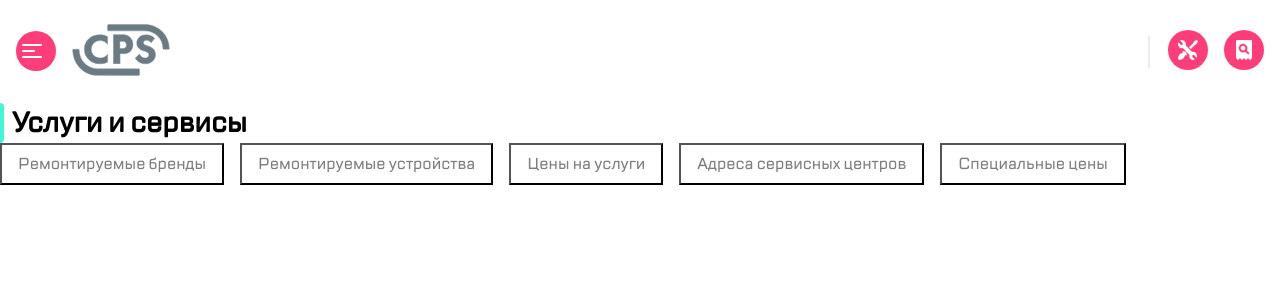
Repository: sem1103/bem
Page: index.html
The author's editor kept a copy of each file at every save. The page is drawn from the files as they stood at one save, then again after the next save.
The browser window is 1280 px wide. The pictures show the whole page.

Above is the page before, as saved 2023-12-27 11:08:52.

### index.html
<!DOCTYPE html>
<html lang="en">
<head>
    <meta charset="UTF-8">
    <meta name="viewport" content="width=device-width, initial-scale=1.0">
    <title>CPS</title>
    <link rel="stylesheet" href="styles/reset.css">
    <link rel="stylesheet" href="styles/main.css">
</head>
<body>
    <div id="page">
        <header>
            <nav>
                <div class="burger">
                    <button class="burger__btn ">
                        <span></span>
                        <span></span>
                        <span></span>
                    </button>
                </div>

                <div class="burger-menu">

                    <ul class="burger-menu__list">
                        <li><a href="">Главная</a></li>
                        <li><a href="">Услуги и сервисы</a></li>
                        <li><a href="">Контакты</a></li>
                        <li><a href="">
                            <svg xmlns="http://www.w3.org/2000/svg" width="40" height="40" viewBox="0 0 40 40" fill="none">
                                <rect width="40" height="40" rx="20" fill="#FF3E79"/>
                                <path fill-rule="evenodd" clip-rule="evenodd" d="M12.7602 23.25L15.3002 22.96C15.9102 22.89 16.5102 23.1 16.9402 23.53L18.7802 25.37C21.6102 23.93 23.9302 21.62 25.3702 18.78L23.5202 16.93C23.0902 16.5 22.8802 15.9 22.9502 15.29L23.2402 12.77C23.3602 11.76 24.2102 11 25.2302 11H26.9602C28.0902 11 29.0302 11.94 28.9602 13.07C28.4302 21.61 21.6002 28.43 13.0702 28.96C11.9402 29.03 11.0002 28.09 11.0002 26.96V25.23C10.9902 24.22 11.7502 23.37 12.7602 23.25Z" fill="white"/>
                              </svg>
                        </a></li>
                        <li><a href="">
                            <svg xmlns="http://www.w3.org/2000/svg" width="40" height="40" viewBox="0 0 40 40" fill="none">
                                <rect width="40" height="40" rx="20" fill="#FF3E79"/>
                                <path fill-rule="evenodd" clip-rule="evenodd" d="M28 11H12C10.9 11 10.01 11.9 10.01 13L10 31L14 26H28C29.1 26 30 25.1 30 24V13C30 11.9 29.1 11 28 11ZM21 22H15C14.45 22 14 21.55 14 21C14 20.45 14.45 20 15 20H21C21.55 20 22 20.45 22 21C22 21.55 21.55 22 21 22ZM25 17H15C14.45 17 14 16.55 14 16C14 15.45 14.45 15 15 15H25C25.55 15 26 15.45 26 16C26 16.55 25.55 17 25 17Z" fill="white"/>
                                <mask id="mask0_0_1880" style="mask-type:luminance" maskUnits="userSpaceOnUse" x="10" y="11" width="20" height="20">
                                  <path fill-rule="evenodd" clip-rule="evenodd" d="M28 11H12C10.9 11 10.01 11.9 10.01 13L10 31L14 26H28C29.1 26 30 25.1 30 24V13C30 11.9 29.1 11 28 11ZM21 22H15C14.45 22 14 21.55 14 21C14 20.45 14.45 20 15 20H21C21.55 20 22 20.45 22 21C22 21.55 21.55 22 21 22ZM25 17H15C14.45 17 14 16.55 14 16C14 15.45 14.45 15 15 15H25C25.55 15 26 15.45 26 16C26 16.55 25.55 17 25 17Z" fill="white"/>
                                </mask>
                                <g mask="url(#mask0_0_1880)">
                                </g>
                              </svg>
                        </a></li>
                        <li><a href="">
                            <svg xmlns="http://www.w3.org/2000/svg" width="40" height="40" viewBox="0 0 40 40" fill="none">
                                <rect width="40" height="40" rx="20" fill="#FF3E79"/>
                                <path d="M20.5 19C22.9853 19 25 16.9853 25 14.5C25 12.0147 22.9853 10 20.5 10C18.0147 10 16 12.0147 16 14.5C16 16.9853 18.0147 19 20.5 19Z" fill="white"/>
                                <path d="M10.0166 26.6118C9.88693 27.3412 10.5352 28 11.339 28H28.6604C29.4902 28 30.1125 27.3412 29.9829 26.6118C29.2309 22.4 25.0561 20 19.9997 20C14.9433 20 10.7686 22.4 10.0166 26.6118Z" fill="white"/>
                              </svg>
                        </a></li>
                    </ul>
                </div>

                <div class="logo">
                    <svg class="logo__item" xmlns="http://www.w3.org/2000/svg" width="98" height="52" viewBox="0 0 98 52" fill="none">
                        <path fill-rule="evenodd" clip-rule="evenodd" d="M36.5703 0.592529C36.018 0.592529 35.5703 1.04024 35.5703 1.59253V5.86748C35.5703 6.41977 36.018 6.86748 36.5703 6.86748H72.8973C83.0242 6.86748 90.9777 14.6641 90.9777 24.757C90.9777 25.0425 91.2092 25.274 91.4948 25.274H96.757C97.0425 25.274 97.274 25.0425 97.274 24.757C97.274 11.2677 86.432 0.592529 72.8973 0.592529H36.5703Z" fill="#6B7B84" stroke="#80949F" stroke-width="0.5"/>
                        <path fill-rule="evenodd" clip-rule="evenodd" d="M7.10682 25.7122C7.10682 25.4702 6.91059 25.2739 6.66853 25.2739H1.16436C0.922303 25.2739 0.726074 25.4702 0.726074 25.7122C0.726074 39.3616 10.9493 50.6311 24.1687 51.3686L66.5104 51.4064C67.063 51.4069 67.5113 50.959 67.5113 50.4064V45.8267C67.5113 45.2745 67.0635 44.8267 66.5113 44.8267H25.6265C15.3903 44.7984 7.10682 36.283 7.10682 25.7122Z" fill="#6B7B84" stroke="#80949F" stroke-width="0.5"/>
                        <path fill-rule="evenodd" clip-rule="evenodd" d="M28.1415 39.7924C30.8803 39.7924 33.1616 39.2603 35.4149 38.1655L35.5704 38.0199V30.1855L34.7273 31.2649C33.1049 33.0378 30.9259 34.0137 28.4608 34.0137C23.8692 34.0137 19.2575 31.0459 19.2575 25.3738C19.2575 21.0874 22.4381 16.532 28.2993 16.532C29.4688 16.532 32.313 16.8085 34.7232 19.368L35.5704 20.4117V12.6127L35.4218 12.4653C33.1258 11.3147 30.7843 10.7554 28.1137 10.7554C23.5467 10.7554 19.9821 11.9577 17.1438 14.4289C15.3435 15.9777 12.3408 19.4485 12.3408 25.2923C12.3408 29.6131 13.8793 32.9875 17.1669 35.9144C20.2252 38.5962 23.6163 39.7924 28.1415 39.7924Z" fill="#6B7B84"/>
                        <path d="M28.1415 39.7924C30.8803 39.7924 33.1616 39.2603 35.4149 38.1655L35.5704 38.0199V30.1855L34.7273 31.2649C33.1049 33.0378 30.9259 34.0137 28.4608 34.0137C23.8692 34.0137 19.2575 31.0459 19.2575 25.3738C19.2575 21.0874 22.4381 16.532 28.2993 16.532C29.4688 16.532 32.313 16.8085 34.7232 19.368L35.5704 20.4117V12.6127L35.4218 12.4653C33.1258 11.3147 30.7843 10.7554 28.1137 10.7554C23.5467 10.7554 19.9821 11.9577 17.1438 14.4289C15.3435 15.9777 12.3408 19.4485 12.3408 25.2923C12.3408 29.6131 13.8793 32.9875 17.1669 35.9144C20.2252 38.5962 23.6163 39.7924 28.1415 39.7924" stroke="#80949F" stroke-width="0.5"/>
                        <path fill-rule="evenodd" clip-rule="evenodd" d="M47.9111 17.2888H49.2755C50.5269 17.2888 51.9533 17.3571 53.0328 18.093C53.56 18.4695 54.4445 19.3412 54.4445 20.9246C54.4445 22.0946 53.9274 23.1437 53.0734 23.7984C51.9783 24.5932 50.6768 24.5476 49.6309 24.5476H47.9111V17.2888ZM50.977 29.8179C54.2084 29.8179 56.7377 28.8858 58.4943 27.1298C60.655 24.9735 60.9779 22.0073 60.9779 20.4435C60.9779 18.7703 60.5813 15.5066 57.9212 13.1435C55.7407 11.2328 53.4142 10.7554 50.1324 10.7554H41.3779V39.7924H48.0365V29.8179H50.977Z" fill="#6B7B84"/>
                        <path d="M47.9111 17.2888V17.0388H47.6611V17.2888H47.9111ZM53.0328 18.093L53.1782 17.8895L53.1736 17.8864L53.0328 18.093ZM53.0734 23.7984L53.2203 24.0007L53.2254 23.9968L53.0734 23.7984ZM47.9111 24.5476H47.6611V24.7976H47.9111V24.5476ZM58.4943 27.1298L58.3177 26.9529L58.3175 26.953L58.4943 27.1298ZM57.9212 13.1435L58.0872 12.9566L58.086 12.9555L57.9212 13.1435ZM41.3779 10.7554V10.5054H41.1279V10.7554H41.3779ZM41.3779 39.7924H41.1279V40.0424H41.3779V39.7924ZM48.0365 39.7924V40.0424H48.2865V39.7924H48.0365ZM48.0365 29.8179V29.5679H47.7865V29.8179H48.0365ZM47.9111 17.5388H49.2755V17.0388H47.9111V17.5388ZM49.2755 17.5388C50.5326 17.5388 51.8839 17.6123 52.892 18.2995L53.1736 17.8864C52.0227 17.1019 50.5212 17.0388 49.2755 17.0388V17.5388ZM52.8875 18.2964C53.3751 18.6447 54.1945 19.4495 54.1945 20.9246H54.6945C54.6945 19.233 53.7448 18.2943 53.1782 17.8895L52.8875 18.2964ZM54.1945 20.9246C54.1945 22.0205 53.7107 22.9948 52.9213 23.5999L53.2254 23.9968C54.1441 23.2926 54.6945 22.1687 54.6945 20.9246H54.1945ZM52.9265 23.596C51.9091 24.3345 50.6971 24.2976 49.6309 24.2976V24.7976C50.6564 24.7976 52.0475 24.8519 53.2202 24.0007L52.9265 23.596ZM49.6309 24.2976H47.9111V24.7976H49.6309V24.2976ZM48.1611 24.5476V17.2888H47.6611V24.5476H48.1611ZM50.977 30.0679C54.2568 30.0679 56.8563 29.1207 58.671 27.3066L58.3175 26.953C56.6191 28.6509 54.1599 29.5679 50.977 29.5679V30.0679ZM58.6709 27.3068C60.9029 25.0793 61.2279 22.0287 61.2279 20.4435H60.7279C60.7279 21.9859 60.407 24.8678 58.3177 26.9529L58.6709 27.3068ZM61.2279 20.4435C61.2279 18.7422 60.8263 15.3898 58.0872 12.9566L57.7552 13.3304C60.3363 15.6233 60.7279 18.7983 60.7279 20.4435H61.2279ZM58.086 12.9555C55.84 10.9874 53.4417 10.5054 50.1324 10.5054V11.0054C53.3867 11.0054 55.6415 11.4782 57.7564 13.3315L58.086 12.9555ZM50.1324 10.5054H41.3779V11.0054H50.1324V10.5054ZM41.1279 10.7554V39.7924H41.6279V10.7554H41.1279ZM41.3779 40.0424H48.0365V39.5424H41.3779V40.0424ZM48.2865 39.7924V29.8179H47.7865V39.7924H48.2865ZM48.0365 30.0679H50.977V29.5679H48.0365V30.0679Z" fill="#80949F"/>
                        <path fill-rule="evenodd" clip-rule="evenodd" d="M80.953 24.4687C79.5053 23.1861 77.4846 22.4425 75.1911 21.6713C73.5569 21.1027 72.6565 20.7894 72.0562 20.2421C71.5824 19.8399 71.3712 19.4033 71.3712 18.8262C71.3712 17.5622 72.2301 16.2113 74.6414 16.2113C76.2801 16.2113 77.6521 16.912 78.7197 18.293L79.1435 18.8414L82.6597 14.3656L82.3392 14.0445C80.1886 11.8924 77.3548 10.7554 74.1439 10.7554C67.6657 10.7554 64.7658 14.9699 64.7658 19.1468C64.7658 21.3882 65.5651 23.196 67.1367 24.5175C68.5437 25.7234 70.2595 26.3991 71.9054 26.9507L72.0914 27.0123C73.553 27.4954 75.0646 27.9954 75.9674 28.8034C76.5955 29.3805 76.8754 30.0076 76.8754 30.8367C76.8754 32.7368 75.379 34.0137 73.152 34.0137C71.3916 34.0137 69.0735 33.1508 67.8471 30.7296L67.5263 30.0953L63.1558 34.1411L63.4135 34.5056C64.8079 36.4801 67.9545 39.7924 73.3594 39.7924C79.3191 39.7924 83.4817 35.9608 83.4817 30.4751C83.4817 27.3374 82.1051 25.4752 80.953 24.4687Z" fill="#6B7B84"/>
                        <path d="M80.953 24.4687C79.5053 23.1861 77.4846 22.4425 75.1911 21.6713C73.5569 21.1027 72.6565 20.7894 72.0562 20.2421C71.5824 19.8399 71.3712 19.4033 71.3712 18.8262C71.3712 17.5622 72.2301 16.2113 74.6414 16.2113C76.2801 16.2113 77.6521 16.912 78.7197 18.293L79.1435 18.8414L82.6597 14.3656L82.3392 14.0445C80.1886 11.8924 77.3548 10.7554 74.1439 10.7554C67.6657 10.7554 64.7658 14.9699 64.7658 19.1468C64.7658 21.3882 65.5651 23.196 67.1367 24.5175C68.5437 25.7234 70.2595 26.3991 71.9054 26.9507L72.0914 27.0123C73.553 27.4954 75.0646 27.9954 75.9674 28.8034C76.5955 29.3805 76.8754 30.0076 76.8754 30.8367C76.8754 32.7368 75.379 34.0137 73.152 34.0137C71.3916 34.0137 69.0735 33.1508 67.8471 30.7296L67.5263 30.0953L63.1558 34.1411L63.4135 34.5056C64.8079 36.4801 67.9545 39.7924 73.3594 39.7924C79.3191 39.7924 83.4817 35.9608 83.4817 30.4751C83.4817 27.3374 82.1051 25.4752 80.953 24.4687" stroke="#80949F" stroke-width="0.5"/>
                      </svg>
                </div>

                <div class="right-nav">
                    <ul class="right-nav__list">
                        <li><a href="">
                            <svg xmlns="http://www.w3.org/2000/svg" width="40" height="40" viewBox="0 0 40 40" fill="none">
                                <rect width="40" height="40" rx="20" fill="#FF3E79"/>
                                <path d="M18.2581 23.4583L18.6668 23.0494L16.95 21.3322L16.5412 21.7411L16.3368 21.5367C16.0098 21.1687 15.6828 20.9643 15.3558 21.0052C15.1105 21.0052 14.9061 21.1687 14.7426 21.414C14.4973 21.8229 14.62 22.2726 14.6608 22.5588C14.6608 22.6406 14.7017 22.6815 14.7017 22.7632C14.7017 22.8859 14.7017 23.0494 14.4156 23.0903C14.0068 23.213 13.4754 23.3356 12.944 23.6218C12.2082 24.0307 11.7176 24.3987 11.4315 24.7666C9.91902 26.7291 10.0008 28.4055 10.0008 28.4872C10.0008 28.6099 10.0417 28.6917 10.1234 28.7325L11.2271 29.8773C11.3089 29.9591 11.3906 30 11.4724 30C11.4724 30 11.5133 30 11.595 30C12.0038 30 13.4754 29.9182 15.1922 28.569C15.5601 28.2828 15.928 27.7922 16.3368 27.0562C16.623 26.5656 16.7865 26.0341 16.8682 25.5844C16.95 25.2982 17.0726 25.2982 17.1953 25.2982C17.2361 25.2982 17.3179 25.339 17.3996 25.339C17.5631 25.3799 17.7267 25.4208 17.931 25.4208C18.1354 25.4208 18.3398 25.3799 18.5442 25.2573C18.7895 25.0937 18.953 24.8893 18.9939 24.644C19.0347 24.3169 18.8712 23.9898 18.5033 23.7036L18.2581 23.4583Z" fill="white"/>
                                <path d="M26.884 14.8784L28.0188 14.326C28.0609 14.2835 28.1449 14.241 28.1869 14.1986L29.9101 11.8616C30.0362 11.6916 30.0362 11.4367 29.8681 11.3092L28.6913 10.1195C28.5652 9.99199 28.313 9.9495 28.1449 10.077L25.8333 11.8191C25.7913 11.8616 25.7493 11.9041 25.7072 11.989L25.1609 13.1363L21 17.2154L22.7652 19L26.884 14.8784Z" fill="white"/>
                                <path d="M27.8527 23.0448C26.8636 22.0036 25.4393 21.6288 24.0941 22.0036L17.6453 15.1733C17.7244 14.7985 17.764 14.4653 17.764 14.0905C17.764 13.0493 17.3683 12.0081 16.6166 11.2167C15.588 10.0923 14.045 9.71742 12.6207 10.2172C12.5416 10.2588 12.4229 10.3838 12.3833 10.5504C12.3833 10.6753 12.4229 10.8003 12.502 10.9252L14.4406 12.966C14.8758 13.4241 14.8758 14.2154 14.4406 14.6735C14.0054 15.1317 13.2537 15.1317 12.8185 14.6735L10.8799 12.6328C10.7612 12.5495 10.6425 12.5078 10.4843 12.5495C10.3656 12.5495 10.2469 12.6744 10.2073 12.7994C9.73256 14.2571 10.0886 15.8813 11.1173 16.9642C11.8294 17.7555 12.8581 18.172 13.8867 18.172C14.2032 18.172 14.5593 18.1303 14.8758 18.047L21.3642 24.8773C21.0082 26.2933 21.4038 27.7927 22.3533 28.8339C23.105 29.6252 24.0546 30 25.0832 30C25.5184 30 25.914 29.9167 26.3492 29.7918C26.4679 29.7501 26.5866 29.6252 26.6262 29.5002C26.6658 29.3753 26.6262 29.2087 26.5075 29.1254L24.5689 27.0846C24.3711 26.8764 24.2128 26.5432 24.2128 26.21C24.2128 25.8768 24.3315 25.5853 24.5689 25.3354C24.8063 25.0855 25.0832 24.9606 25.3997 24.9606C25.7162 24.9606 25.9932 25.0855 26.2306 25.3354L28.1692 27.3762C28.2879 27.4595 28.4065 27.5011 28.5252 27.5011C28.6439 27.4595 28.7626 27.3762 28.8022 27.2512C28.9209 26.8348 29 26.3766 29 25.9185C29 24.8356 28.6044 23.7944 27.8527 23.0448Z" fill="white"/>
                              </svg>
                        </a></li>

                        <li><a href="">
                            <svg xmlns="http://www.w3.org/2000/svg" width="40" height="40" viewBox="0 0 40 40" fill="none">
                                <rect width="40" height="40" rx="20" fill="#FF3E79"/>
                                <path fill-rule="evenodd" clip-rule="evenodd" d="M12 11C12 10.4477 12.4477 10 13 10H27C27.5523 10 28 10.4477 28 11V28.5C27.1716 28.5 26.5 29.1715 26.5 29.9999H25.5C25.5 29.1715 24.8284 28.5 24 28.5C23.1716 28.5 22.5 29.1715 22.5 29.9999H21.5C21.5 29.1715 20.8284 28.5 20 28.5C19.1716 28.5 18.5 29.1715 18.5 29.9999H17.5C17.5 29.1715 16.8284 28.5 16 28.5C15.1716 28.5 14.5 29.1715 14.5 29.9999H13.5C13.5 29.1715 12.8284 28.5 12 28.5V11ZM21.4163 21.7884C20.5536 22.3443 19.4703 22.5936 18.3296 22.3827C16.5274 22.0472 15.0895 20.5326 14.8595 18.7114C14.4952 15.8261 16.9492 13.4201 19.8538 13.8802C21.656 14.1677 23.1034 15.6439 23.4006 17.4365C23.5828 18.5484 23.3239 19.5741 22.7871 20.4272L24.896 22.5265C25.2699 22.9003 25.2699 23.5138 24.896 23.8876C24.5126 24.2711 23.8991 24.2711 23.5252 23.8972L21.4163 21.7884ZM16.7058 18.0588C16.7058 16.7599 17.7599 15.7058 19.0588 15.7058C20.3576 15.7058 21.4117 16.7599 21.4117 18.0588C21.4117 19.3576 20.3576 20.4117 19.0588 20.4117C17.7599 20.4117 16.7058 19.3576 16.7058 18.0588Z" fill="white"/>
                              </svg>
                        </a></li>
                    </ul>
                </div>
            </nav>
        </header>

        <main>
            <div class="title">
                <h1>
                    Услуги и сервисы
                </h1>
                <ul class="title__nav">
                    <li><a href=""></a></li>
                    <li><a href=""></a></li>
                </ul>
            </div>

            <div class="navigation">
                <ul class="navigation__list">
                    <li><button>Ремонтируемые бренды</button></li>
                    <li><button>Ремонтируемые устройства</button></li>
                    <li><button>Цены на услуги</button></li>
                    <li><button>Адреса сервисных центров</button></li>
                    <li><button>Специальные цены</button></li>
                </ul>
            </div>
        </main>

        <footer></footer>
    </div>
</body>
</html>

### styles/reset.css
:root{
    --green: #57aa32;
    --gray: #2e2d2c;
}
html{
    scroll-behavior: smooth;
}
html,
body,
div,
span,
applet,
object,
iframe,
h1,
h2,
h3,
h4,
h5,
h6,
p,
blockquote,
pre,
a,
abbr,
acronym,
address,
big,
cite,
code,
del,
dfn,
em,
img,
ins,
kbd,
q,
s,
samp,
small,
strike,
strong,
sub,
sup,
tt,
var,
b,
u,
i,
center,
dl,
dt,
dd,
ol,
ul,
li,
fieldset,
form,
label,
legend,
table,
caption,
tbody,
tfoot,
thead,
tr,
th,
td,
article,
aside,
canvas,
details,
embed,
figure,
figcaption,
footer,
header,
hgroup,
menu,
nav,
output,
ruby,
section,
summary,
time,
mark,
audio,
video {
    margin: 0;
    padding: 0;
    border: 0;
    font-size: 100%;
    font: inherit;
    vertical-align: baseline
}

article,
aside,
details,
figcaption,
figure,
footer,
header,
hgroup,
menu,
nav,
section {
    display: block
}

body {
    line-height: 1;
}

ol,
ul {
    list-style: none
}

blockquote,
q {
    quotes: none
}

blockquote:before,
blockquote:after,
q:before,
q:after {
    content: '';
    content: none
}

table {
    border-collapse: collapse;
    border-spacing: 0
}

a {
    text-decoration: none;
    color: #365edc;
    transition: all .3s ease-in-out
}

a:hover {
    color: #365edc;
}

* {
    box-sizing: border-box
}




.active__menu{
    opacity: .7;
    color: var(--gray);
}
#page{
    min-height: 100vh;
}

.container{
    max-width: 1160px;
    margin: auto;
    padding: 0 15px;
}
main img{
    width: 100%;
    height: auto;
}

### styles/main.css
:root{
    --pink: #FF3E79;
}
@font-face {
    font-family: 'TT Lakes Medium';
    src: url('../fonts/TTLakes-Medium.eot');
    src: url('../fonts/TTLakes-Medium.eot?#iefix') format('embedded-opentype'),
    url('../fonts/TTLakes-Medium.woff') format('woff'),
    url('../fonts/TTLakes-Medium.ttf') format('truetype');
    font-weight: normal;
    font-style: normal;
    }
h1{
    font:700 28px/40px 'TT Lakes Medium';
    position: relative;
    padding: 0 0 0 12px;
}
h1::before{
    content: '';
    position: absolute;
    width: 4px;
    height: 100%;
    left: 0;
    background: #41F6D7;
    border-radius: 0 5px 5px 0;
}
.container{
    max-width: 1120px;
    margin: 0 auto;
}
header{
    position: relative;
    padding: 24px 16px;
}
nav{
    display: flex;
    align-items: center;
}
nav > div:last-child{
    margin: 0 0 0 auto;
}
.burger-menu{
    position: absolute;
    left: -300%;
}
.burger__btn{
    width: 40px;
    height: 40px;
    background: var(--pink);
    border: 0;
    border-radius: 50%;
    position: relative;
    cursor: pointer;
    margin: 0 16px 0 0;
}
.burger__btn span{
    display: block;
    width: 20px;
    height: 2px;
    background: #fff;
    border-radius: 5px;
    position: absolute;
    top: 50%;
    transform: translate(0, -50%);
}
.burger__btn span:first-child{
    top: 35%;
}
.burger__btn span:nth-child(2){
    width: 13px;
}
.burger__btn span:last-child{
    top: 65%;
}

.right-nav__list{
    display: flex;
    gap: 16px;
    position: relative;
}
.logo__item{
    position: relative;
}
.right-nav__list::before{
    content: "";
    position: absolute;
    left: -20px;
    height: 32px;
    top: 50%;
    transform: translateY(-50%);
    width: 2px;
    border-radius: 1px;
    background-color: #EAEAEA;
}

.navigation__list{
    display: flex;
    overflow: auto;
    gap: 16px;
}
.navigation__list button{
    color: #7E7E82;
    font: 500 16px 'TT Lakes Medium';
    background-color: #fff;
    padding: 8px 16px;
}

After the next save:
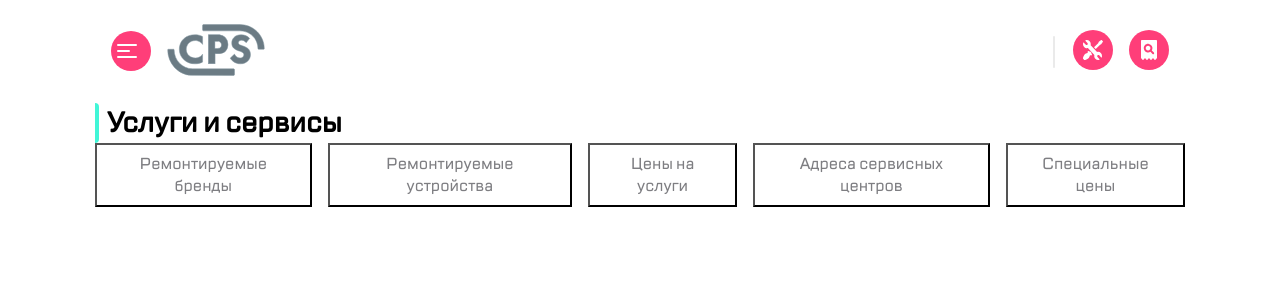
Saved 49 s later.
--- a/index.html
+++ b/index.html
@@ -8,7 +8,7 @@
     <link rel="stylesheet" href="styles/main.css">
 </head>
 <body>
-    <div id="page">
+    <div id="page" class="container">
         <header>
             <nav>
                 <div class="burger">
